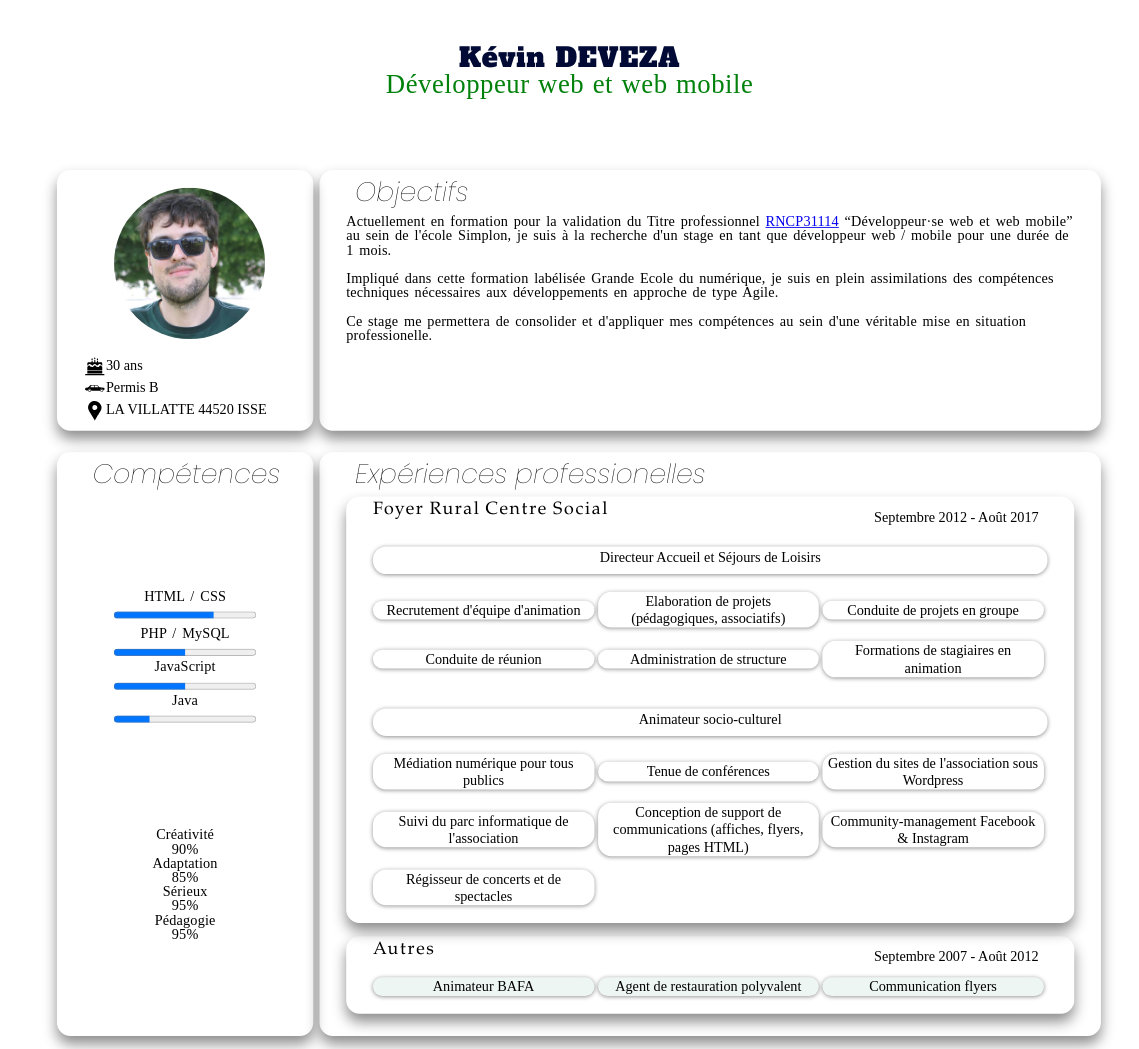
Repository: KevinDvZ/kevindvz.github.io
Page: index.html
An editor plug-in stored every save of this project. The page is shown before and after the next save, followed by the edit.
The browser window is 1280 px wide. The pictures show the whole page, at 89% of full size.

Above is the page before, as saved 2020-10-31 17:21:47.

After the next save:
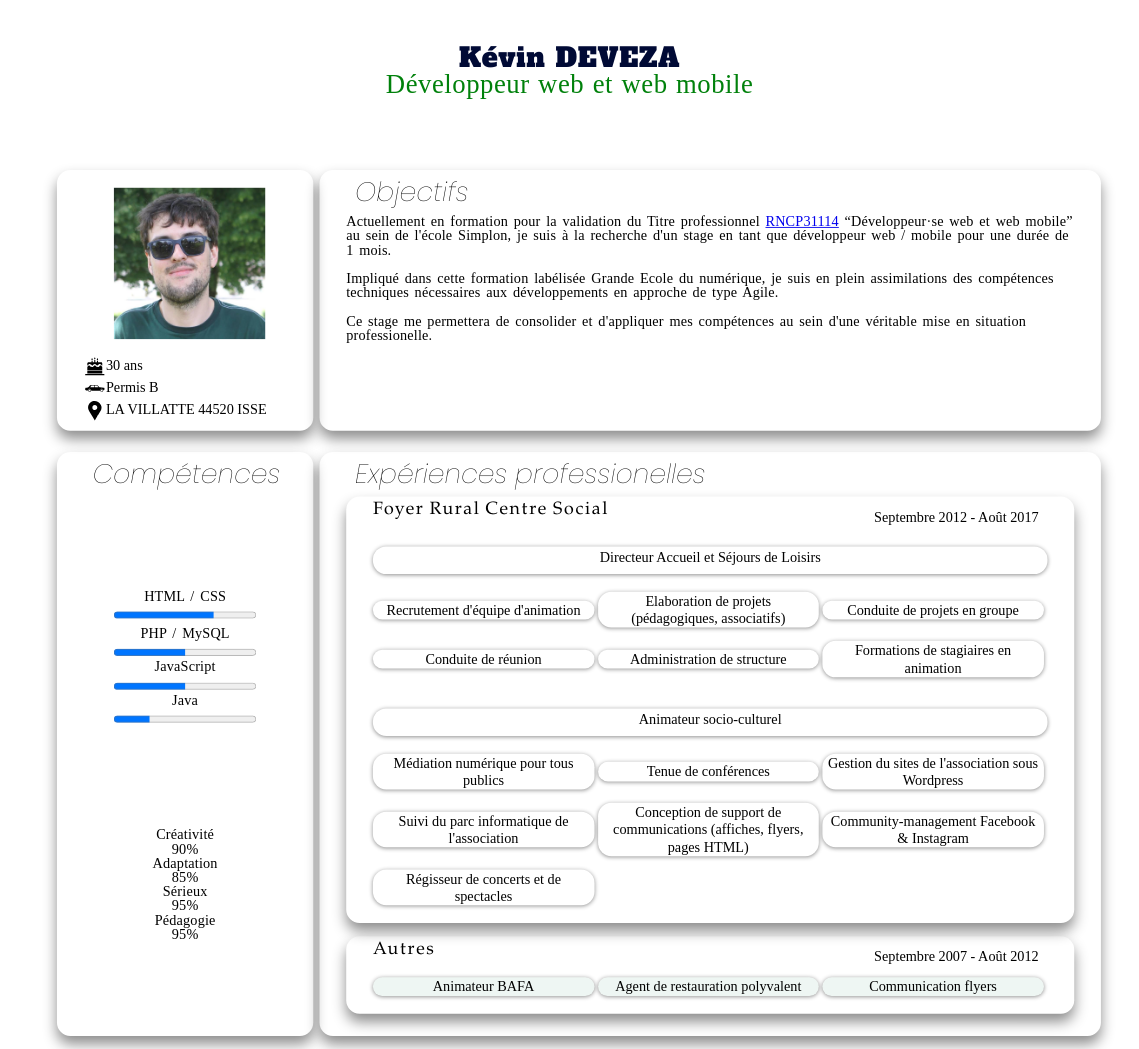
Saved 23 s later.
--- a/css/cv_deveza.css
+++ b/css/cv_deveza.css
@@ -107,7 +107,7 @@ h3 {
   margin: 15px auto 15px auto;
   padding-left: 15%;
   padding-right: 15%;
-  border-radius: 50%;
+  border-radius: 15%%;
 }
 
 .contact-liste li {
